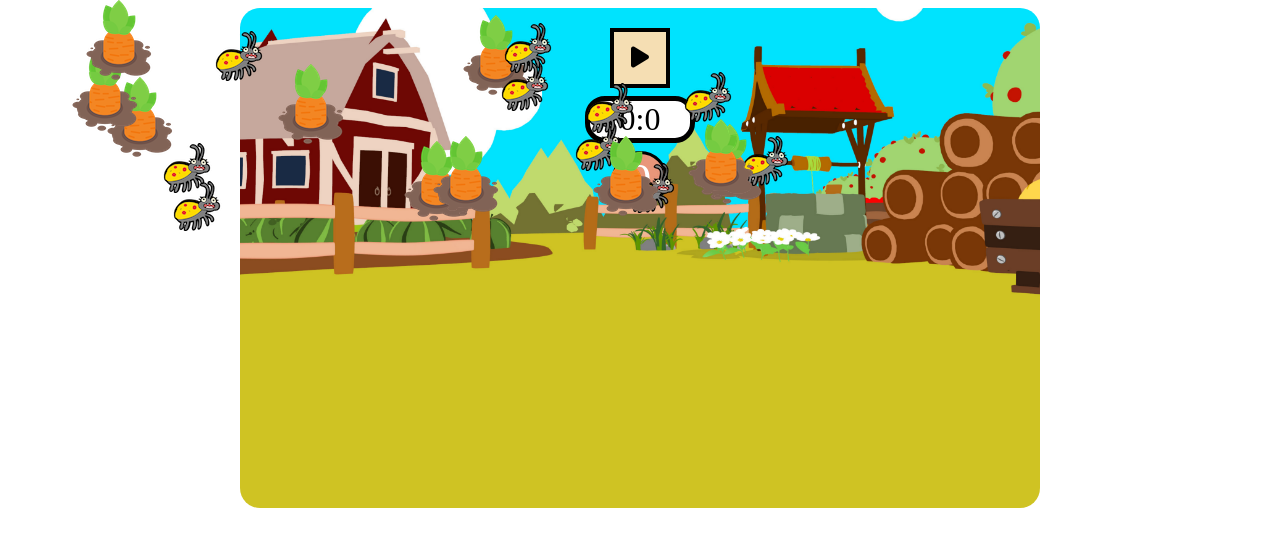
Repository: yoon-dh/JS_Prac
Page: carrot_game/index.html
An editor plug-in stored every save of this project. The page is shown before and after the next save, followed by the edit.
The browser window is 1280 px wide. The pictures show the whole page.
After loading, the first visible `button.game__button` was clicked once.
Some web libraries are served in a nearby version.

Above is the page before, as saved 2023-06-23 22:43:41.

After the next save:
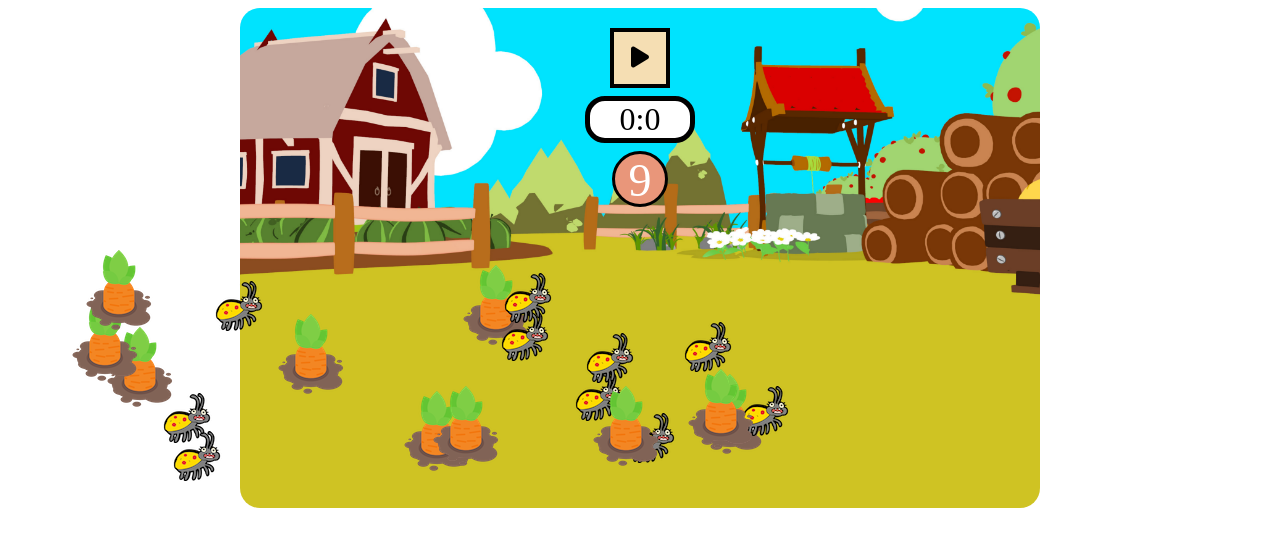
Saved 3 min 51 s later.
--- a/carrot_game/main.js
+++ b/carrot_game/main.js
@@ -9,7 +9,7 @@ function addCarrot() {
   carrot.setAttribute("alt", "carrot");
   carrot.style.position = "absolute";
   carrot.style.left = `${Math.random() * (gameField.offsetWidth - 80)}px`;
-  carrot.style.top = `${Math.random() * (gameField.offsetHeight - 80)}px`;
+  carrot.style.top = `${Math.random() * (gameField.offsetHeight - 80) + 250}px`;
   gameField.appendChild(carrot);
 }
 
@@ -19,7 +19,7 @@ function addBug() {
   bug.setAttribute("alt", "bug");
   bug.style.position = "absolute";
   bug.style.left = `${Math.random() * (gameField.offsetWidth - 50)}px`;
-  bug.style.top = `${Math.random() * (gameField.offsetHeight - 50)}px`;
+  bug.style.top = `${Math.random() * (gameField.offsetHeight - 50) + 250}px`;
   gameField.appendChild(bug);
 }
 
